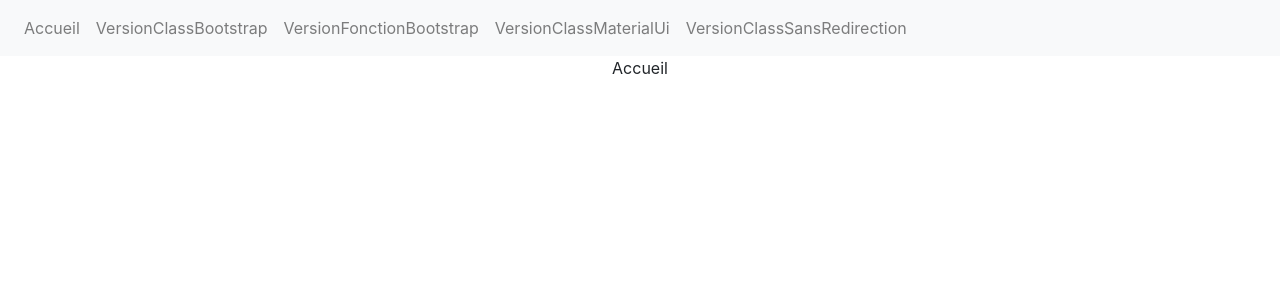
Repository: LudovicB21/CountryTest
Page: /
An editor plug-in stored every save of this project. The page is shown before and after the next save, followed by the edit.
The browser window is 1280 px wide. The pictures show the whole page.
The project was rebuilt for these pictures with package versions that can differ from the ones it lists, and the page was loaded fresh each time. Also part of the build but not shown: src/components/VersionClassBootstrap/ListPays.components.js, src/components/VersionClassMaterialUi/ListPays.components.js, src/components/VersionFonctionBoostrap/ListPays.components.js, src/components/VersionSansRedirection/ListPays.component.js, src/components/VersionClassBootstrap/InfoPays.components.js, src/components/VersionClassMaterialUi/InfoPays.components.js, src/components/VersionFonctionBoostrap/InfoPays.components.js.

Above is the page before, as saved 2020-10-29 12:09:04.

After the next save:
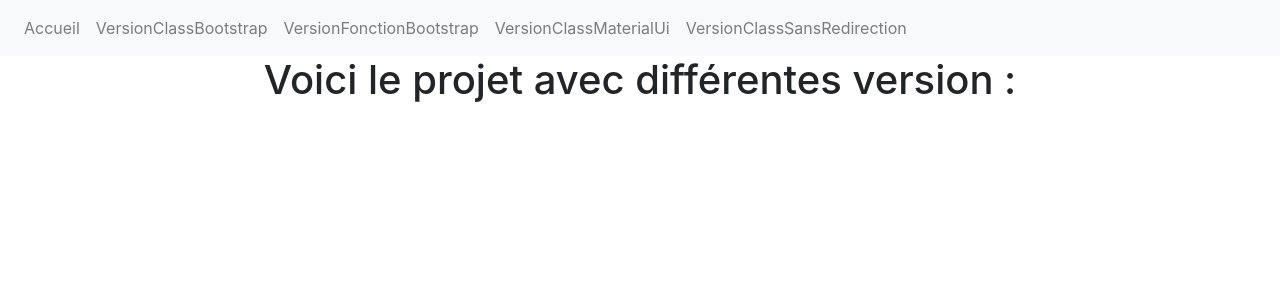
Saved 97 s later.
--- a/src/components/Accueil.js
+++ b/src/components/Accueil.js
@@ -3,8 +3,8 @@ import React, { Component } from 'react'
 class Accueil extends Component {
     render() {
         return (
-            <div>
-                Accueil
+            <div className="container">
+                <h1> Voici le projet avec différentes version :  </h1>
             </div>
         )
     }
